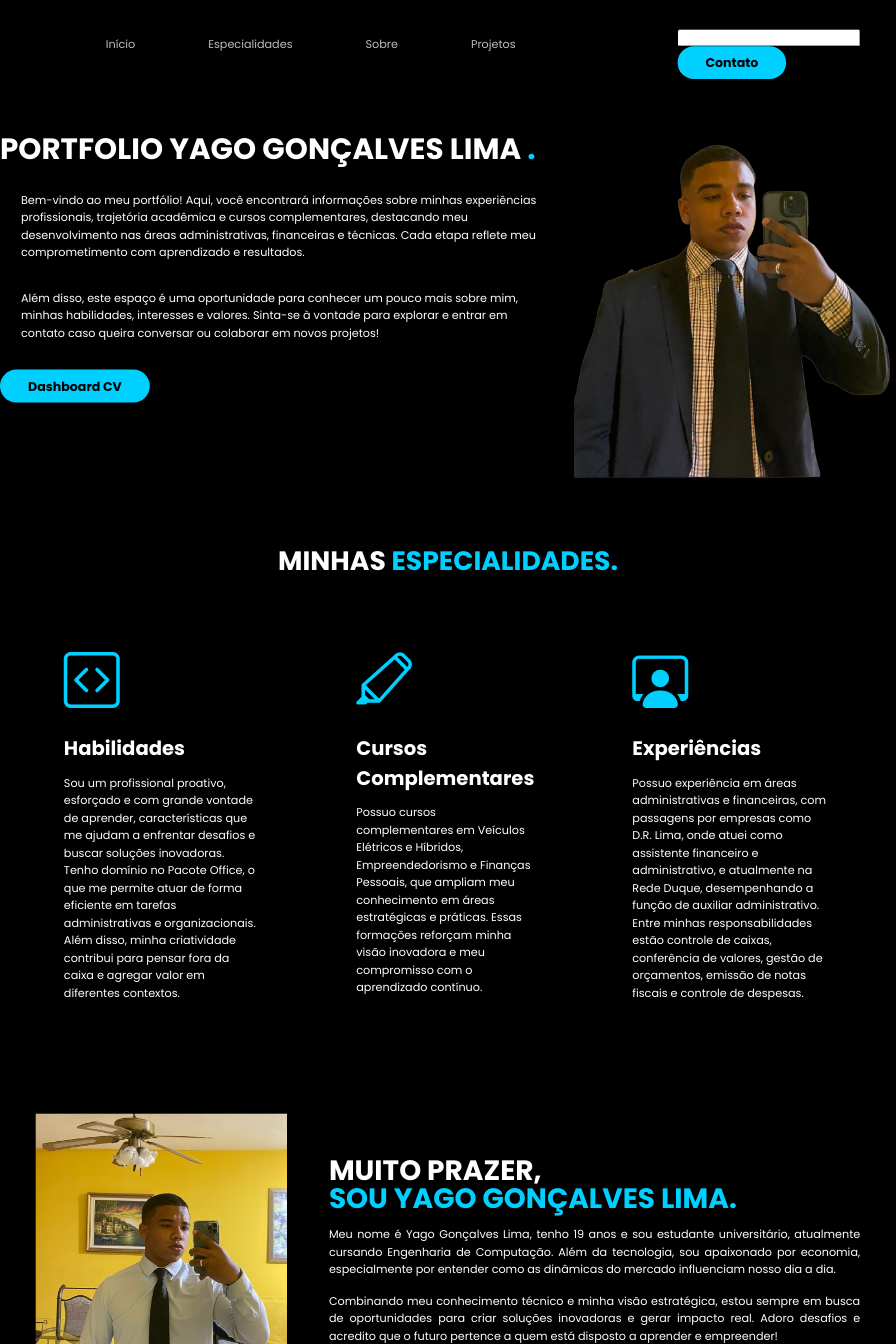
Repository: yagolima1511/Portfolio
Page: index.html
An editor plug-in stored every save of this project. The page is shown before and after a run of saves, followed by the edit.
The browser window is 1280 px wide. The pictures show the part of the page from y = 0 to 1920 px (the page is 3502 px tall before and 3476 px after), at 70% of full size.

Above is the page before, as saved 2025-03-03 21:05:28.

After the next 7 saves:
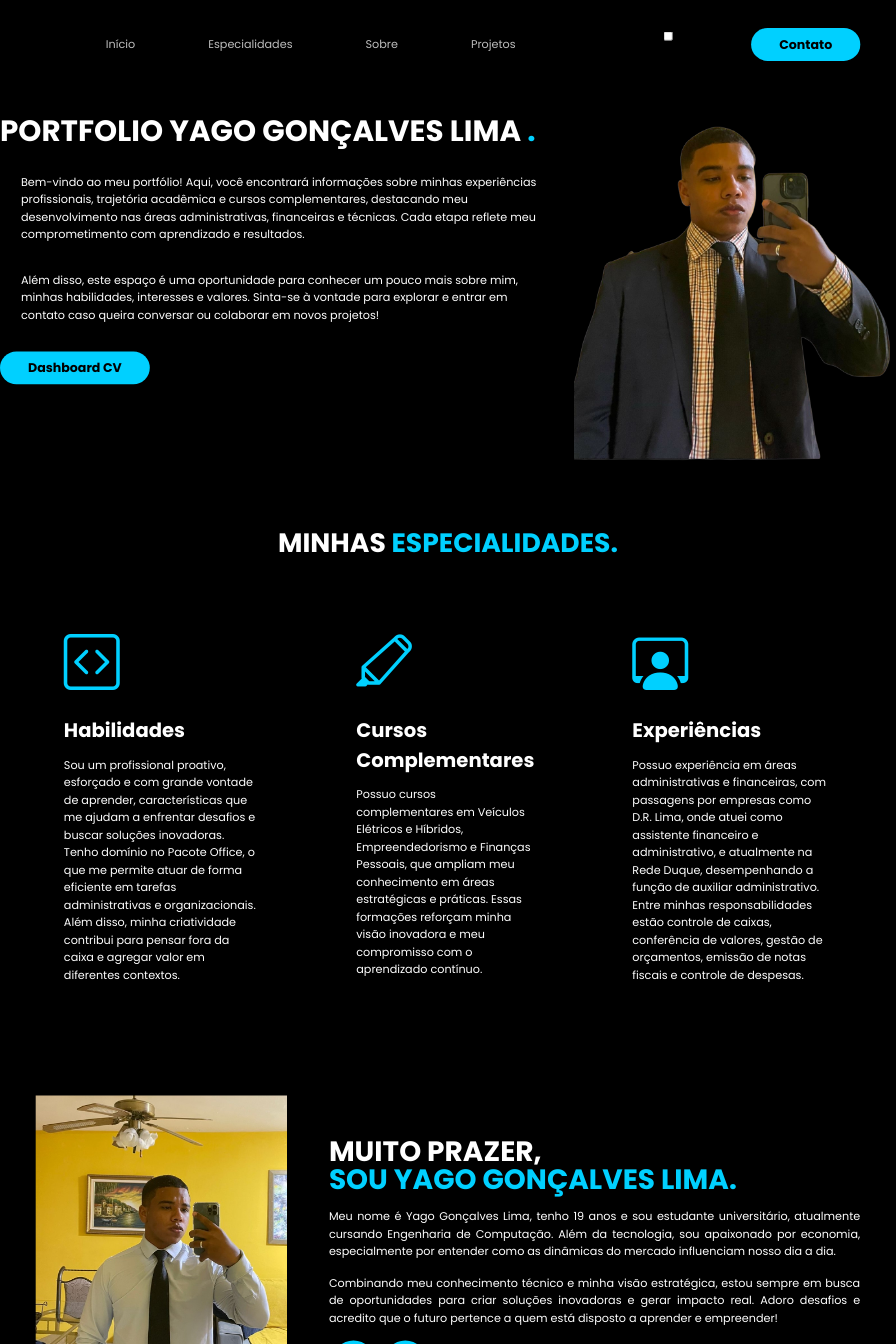
The 7 saves are shown as one change because they came seconds apart.
The last was saved 22 s later.
--- a/index.html
+++ b/index.html
@@ -27,7 +27,8 @@
              </nav>
              <!-- MENU MOBILE-->
               <div class="menu-mobile">
-                <input type=""
+                <input type="checkbox" id="menu-toggle">
+
               </div>
 
              <div class="btn-contato">
